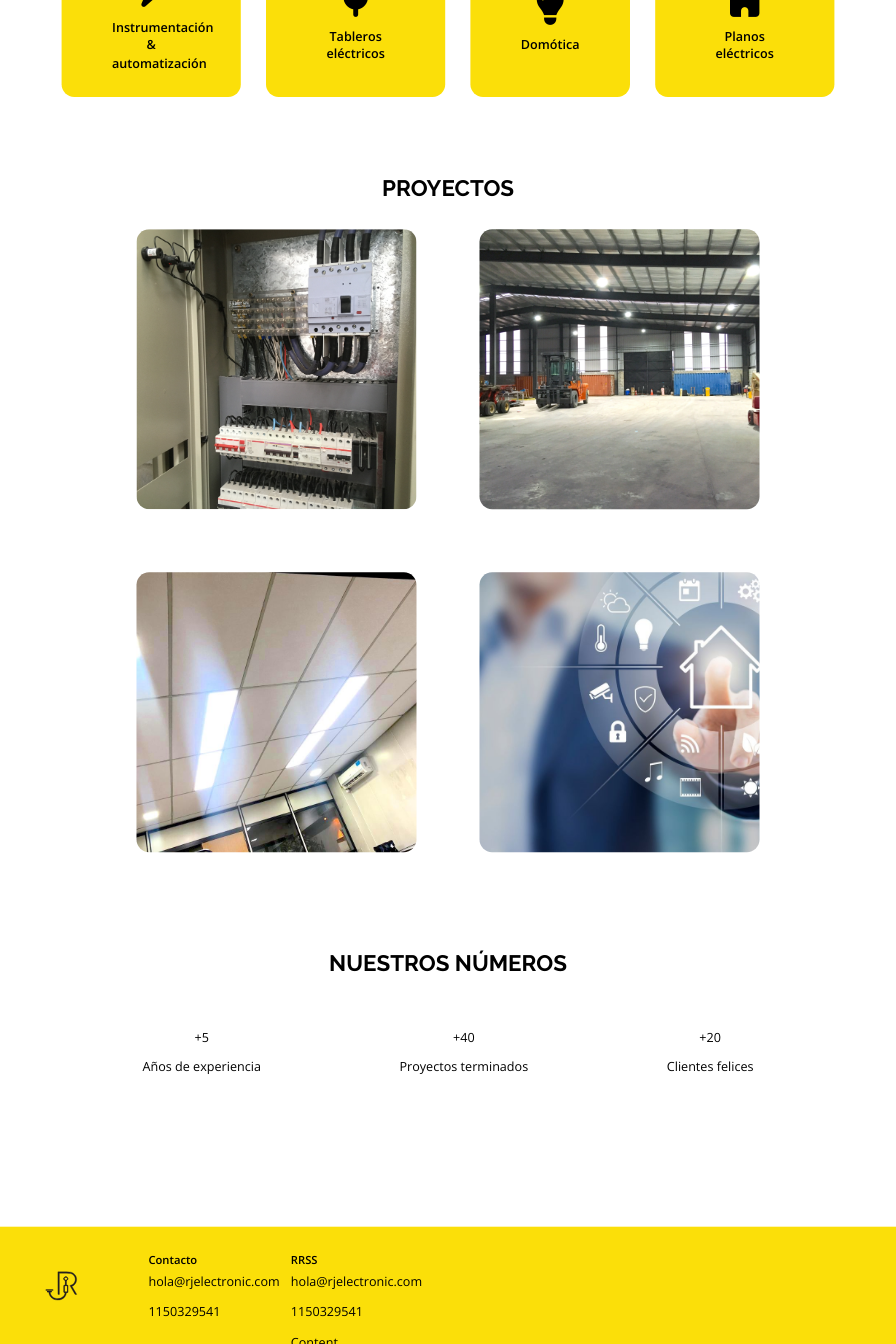
Repository: jeraldinnemg/rjelectronics
Page: index.html
An editor plug-in stored every save of this project. The page is shown before and after the next save, followed by the edit.
The browser window is 1280 px wide. The pictures show the part of the page from y = 898 to 2818 px (the page is 2883 px tall before and 1776 px after), at 70% of full size.
Some web libraries are served in a nearby version.

Above is the page before, as saved 2022-07-27 21:37:01.

### index.html
<!DOCTYPE html>
<html lang="en">
<head>
    <meta charset="UTF-8">
    <meta http-equiv="X-UA-Compatible" content="IE=edge">
    <meta name="viewport" content="width=device-width, initial-scale=1.0">
    <link rel="shortcut icon" href="favicon.ico" type="image/x-icon">
    <!-- Google fonts -->
    <link rel="preconnect" href="https://fonts.googleapis.com">
    <link rel="preconnect" href="https://fonts.gstatic.com" crossorigin>
<link href="https://fonts.googleapis.com/css2?family=Open+Sans:wght@300;400;500;600&family=Raleway:wght@300;400;500;600;700;800&display=swap" rel="stylesheet">
<link rel="stylesheet" href="https://cdnjs.cloudflare.com/ajax/libs/font-awesome/6.1.1/css/all.min.css" integrity="sha512-KfkfwYDsLkIlwQp6LFnl8zNdLGxu9YAA1QvwINks4PhcElQSvqcyVLLD9aMhXd13uQjoXtEKNosOWaZqXgel0g==" crossorigin="anonymous" referrerpolicy="no-referrer" />
    <!-- Custom system -->
    <link rel="stylesheet" href="index.css">
    <script src="https://kit.fontawesome.com/05b8218d7f.js" crossorigin="anonymous"></script>


    <script src="navigation.js" defer></script>
    <script src="tabs.js" defer></script>

    <title>RJ Electronics</title>
</head>
<body>
    <header class="primary-header flex">
            <a href="#">
                <img class="logo" width="50px" height="50px"src="/img/logo.svg" alt="">
            </a>
            <button class="mobile-nav-toggle" aria-controls="primary-navigation"><span class="sr-only" aria-expanded="false">Menu</span></button>
            <nav >
                <ul class="primary-navigation flex" data-visible="false">
                    <li><a href="#" class="uppercase text-dark ff-serif">Acerca de</a></li>
                    <li><a href="#" class="uppercase text-dark ff-serif">Servicios</a></li>
                    <li><a href="#" class="uppercase text-dark ff-serif">Proyectos</a></li>
                    <li><a href="#" class="uppercase text-dark ff-serif">Contacto</a></li>
                </ul>
            </nav>
    </header>

    <main class="grid-container grid-container--home">
        <section class="hero">
            <div class="container flex">
                <!-- CTA-1 -->
                <article class="a-self" id="lampara-tab" role="tabpanel" tabindex="0">
                    <h1 class="ff-serif fs-700">Ofrecemos Soluciones Electrónicas Integrales para tu hogar</h1>
                    <p class="ff-sans fs-400">Diseñamos y construimos una solución para cualquier necesidad, falla o problema electrónico industrial, comercial o residencial.</p>
                    <a href="#" class="button"><span>Me interesa</span></a>
                </article>
                <!-- CTA-2 -->
                <article hidden class="a-self" id="destornillador-tab" role="tabpanel" tabindex="0">
                    <h2 class="ff-serif fs-700">Creamos espacios luminosos a tu medida</h2>
                    <p class="ff-sans fs-400">Nos encargamos de calcular los lumens necesarios para que obtengas un espacio con luz de calidad.</p>
                    <a href="#" class="button"><span>Ver más</span></a>
                </article>
                <!-- CTA-3 -->
                <article hidden class="a-self" id="interruptor-tab" role="tabpanel" tabindex="0">
                    <h2 class="ff-serif fs-700">Creamos ambientes inteligentes</h2>
                    <p class="ff-sans fs-400">Nos encargamos de automatizar espacios y lugares de manera fácil y rápida.</p>
                    <a href="#" class="button"><span>Me interesa</span></a>
                </article>
                <picture class= "hero__image" id="lampara-image">
                    <img src="/img/lampara.png" alt="lampara" >
                </picture>
                <picture class= "hero__image" hidden id="destornillador-image">
                    <img src="/img/destornillador.png" alt="destornillador">
                </picture>
                <picture class= "hero__image" hidden id="interruptor-image">
                    <img src="/img/interruptor.png" alt="interruptor">
                </picture>
            </div>
            <!-- Dots -->
            <div class="dot-indicators flex" role="tablist" aria-label="services list">
                <button aria-selected="true" aria-controls="lampara-tab" data-image="lampara-image" role="tab" tabindex="0"><span class="sr-only">Lampara</span></button>
                <button aria-selected="false" aria-controls="destornillador-tab" data-image="destornillador-image" role="tab" tabindex="-1"><span class="sr-only">destornillador</span></button>
                <button aria-selected="false" aria-controls="interruptor-tab" data-image="interruptor-image" role="tab" tabindex="-1"><span class="sr-only">Interruptor</span></button>
            </div>
        </section>

        <section class="services">
            <h2 class="ff-serif fs-600 uppercase">Servicios</h2>
            <div class="container">
                <article class="card flex">
                    <i class="fa-solid fa-bolt fs-700"></i>
                    <div class="card-body">
                        <h2 class="card-title fs-400">Instrumentación & automatización</h2>

                    </div>
                </article>
                <article class="card flex">
                    <i class="fa-solid fa-plug fs-700 "></i>
                    <div class="card-body">
                        <h2 class="card-title fs-400">Tableros eléctricos</h2>

                    </div>
                </article>
                <article class="card flex">
                    <i class="fa-solid fa-lightbulb fs-700"></i>
                    <div class="card-body">
                        <h2 class="card-title fs-400">Domótica</h2>

                    </div>
                </article>
                <article class="card flex">
                    <i class="fa-solid fa-building  fs-700"></i>
                    <div class="card-body">
                        <h2 class="card-title fs-400">Planos eléctricos</h2>

                    </div>
                </article>
        </div>
        </section>
        <section class="projects">
            <h2 class="ff-serif fs-600 uppercase">Proyectos</h2>
            <div class="projects-container grid-container">
                <article class="project" style="background-image: url('/img/servicio-electricidad.JPG')">
                    <div class="project-overlay">
                    <h2 class="overlay-text fs-600 uppercase" >Tablero eléctrico</h2>
                    </div>
                </article>
                <article class="project" style="background-image: url('/img/trabajos-iluminacion-galpon.JPG')">
                    <div class="project-overlay">
                        <h2 class="overlay-text fs-500 uppercase">Iluminación industrial</h2>
                    </div>
                </article>
                <article class="project" style="background-image: url('/img/iluminacion-oficinas.jpeg') ">
                    <div class="project-overlay">
                        <h2 class="overlay-text fs-500 uppercase">Iluminación de oficina</h2>
                    </div>
                </article>
                <article class="project" style="background-image: url('/img/servicios-domotica.jpg') ">
                    <div class="project-overlay">
                        <h2 class="overlay-text fs-500 uppercase">Domótica en casa</h2>
                    </div>
                </article>
        </div>
        </section>
        <section class="statics">
            <h2 class="ff-serif fs-600 uppercase">Nuestros números</h2>
            <div class="container" >
            <div class="static flex">
                <span>+5</span>
                <p>Años de experiencia</p>
            </div>
            <div class="static flex">
                <span>+40</span>
                <p>Proyectos terminados</p>
            </div>
            <div class="static flex">
                <span>+20</span>
                <p>Clientes felices</p>
            </div>
        </div>
        </section>

    </main>


    <footer class="flex">
        <a href="#">
            <img class="logo" width="50px" height="50px"src="/img/logo.svg" alt="">
        </a>
        <div class="col">
            <h3>Contacto</h3>
                <p>hola@rjelectronic.com</p>
                <p>1150329541</p>
        </div>
        <div class="col">
            <h3>RRSS</h3>
                <p>hola@rjelectronic.com</p>
                <p>1150329541</p>
                <p>Content</p>
        </div>
    </footer>

</body>
</html>

### index.css
/* ----------------------- */
/* --Custom properties---- */
/* ----------------------- */

:root {
   /*colors*/
   --clr-dark: 0 0% 0%;
   --clr-main: 53 97% 51%;
   --clr-secondary: 25 100% 52%;
   --clr-white: 0 0% 100%;

/*font-sizes*/
--fs-1000: 9.375rem; /*150x*/
--fs-900: 6.25rem; /*100px*/
--fs-800: 4.5rem; /*72px*/
--fs-700: 3.5rem; /*56px*/
--fs-600: 2rem; /*32px*/
--fs-500: 1.75rem; /*28px*/
--fs-400: 1.125rem; /*18px*/
--fs-300: 1rem; /*16px*/
--fs-200: 0.875rem; /*14px*/

/*font-family*/
--ff-serif: "Raleway", serif;
--ff-sans: "Open sans", sans-serif;


}

.uppercase {
    text-transform: uppercase;
}

/* -------------- */
/* -----RESET---- */
/* -------------- */

*,
*::before,
*::after {
    box-sizing: border-box;
}

/* Reset margins */
h1,
h2,
h3,
h4,
h5,
body,
p,
picture,
figure {
    margin:0;
}

/* Set up the body  */

body {
    font-family: var(--ff-sans);
    font-size: var(--fs-400);
    color:hsl(var(--clr-dark));
    line-height: 1.4;
    min-height: 100vh;

    display: grid;
    grid-template-rows: min-content 1fr;

    overflow-x:hidden;
}

/* Make images easier to work */
img,
picture {
    max-width: 100%;
}

/* Make form elements easier to work*/
input,
select,
button,
textarea {
    font: inherit;
}

/* Remove all animations, transitions and smooth scroll for people that prefer not to see them (Accesibility Recourse piccali.li*/
@media (prefers-reduced-motion: reduce) {
    html:focus-within {
     scroll-behavior: auto;
    }

    *,
    *::before,
    *::after {
      animation-duration: 0.01ms !important;
      animation-iteration-count: 1 !important;
      transition-duration: 0.01ms !important;
      scroll-behavior: auto !important;
    }
  }

/* ------------------ */
/* -UTILITY CLASES-- */
/* ----------------- */

.flex {
    display: flex;
    gap: var(--gap, 1rem);
}

.grid {
    display: grid;
    gap: var(--gap, 1rem);
}

.a-self{
    align-self: center;
}

.container {
    padding-inline: 1em;
    margin-inline: auto;
    max-width: 80rem;

    display: flex;
    flex-direction: column;
}

.dot-indicators{
    justify-content: center;
}

.hero{
    margin-top: 2em;
}


.sr-only {
    position: absolute;
    width: 1px;
    height: 1px;
    padding: 0;
    margin: -1px;
    overflow: hidden;
    clip: rect (0,0,0,0);
    white-space: nowrap; /*added line*/
    border: 0;
}

/*Colors */

.bg-dark { background-color: hsl(var(--clr-dark));}
.bg-yellow {background-color: hsl(var(--clr-yellow));}
.bg-white { background-color: hsl(var(--clr-white));}

.text-dark { color: hsl(var(--clr-dark));}
.text-dark { color: hsl(var(--clr-dark));}
.text-dark { color: hsl(var(--clr-dark));}

/*Typography */

.ff-serif {font-family: var(--ff-serif);}
.ff-sans {font-family: var(--ff-sans);}

.letter-spacing-1  {letter-spacing: 4.75px;}
.letter-spacing-2  {letter-spacing: 2.7px;}
.letter-spacing-1  {letter-spacing: 2.35px;}

.fs-900 {font-size: var(--fs-900);}
.fs-800 {font-size: var(--fs-800);}
.fs-700 {font-size: var(--fs-700);}
.fs-600 {font-size: var(--fs-600);}
.fs-500 {font-size: var(--fs-500);}
.fs-400 {font-size: var(--fs-400);}
.fs-300 {font-size: var(--fs-300);}
.fs-200 {font-size: var(--fs-200);}

.fw-400 {font-weight: 400;}
.fw-500 {font-weight: 500;}

/* General */

.flex {
    display: flex;
    gap: var(--gap, 1rem);
}

.flex.even-columns > * {
    width: 100%;
}

.grid {
    display: grid;
    gap: var(--gap, 1rem);
}

.d-block {
    display: block;
}

/* ----------------- */
/* ---COMPONENT----- */
/* ----------------- */

/* Primary header */

.logo{
    margin: 1.5rem clamp(1.5rem, 5vw, 4rem);
}

.primary-header{
    align-items:center;
    justify-content: space-between;
    background-color: hsl(var(--clr-main));
}

.primary-navigation{
    --gap: clamp(1.5rem, 5vw, 3.5rem);
    list-style: none;
    text-decoration: none;
    padding: 0;
    margin:0;
}

.primary-navigation a, footer a{
    text-decoration: none;
    margin-right: 1em;
}

.mobile-nav-toggle{
    display: none;
}

@media(max-width:35em){
    .primary-navigation{
        --underline-gap: 0.5rem;
        position: fixed;
        inset: 0 0 0 20%;
        z-index:1000;
        padding: min(20rem, 15vh);
        margin:0;
        z-index:1000;
        list-style: none;
        flex-direction: column;
        background-color: hsl(var(--clr-main));
        transform: translateX(100%);
        transition: transform ease-in-out;

    }

    .primary-navigation[data-visible='true']{
        transform: translateX(0);
    }

    .mobile-nav-toggle {
        display: block;
        position: absolute;
        z-index:2000;
        right: 2rem;
        top: 2rem;
        background: transparent;
        background-image: url(/img/icon-hamburger.svg);
        background-repeat:no-repeat;
        background-position: center;
        width: 1.5rem;
        aspect-ratio:1;
        border: 0;
        cursor: pointer;
    }

    .mobile-nav-toggle[aria-expanded='true']{
        background-image: url(/img/icon-close.svg);
    }

    .mobile-nav-toggle:focus-visible{
        outline:5px solid white;
        outline-offset: 5px;
    }
}

@media (min-width: 35em){
    .primary-navigation{
        padding-inline: clamp(3rem, 7vw, 7rem);
    }
}

@media(min-width: 45em){
    .primary-navigation{
        margin-block:2rem;
    }
}


/* ---------- */
/* Button     */
/* --------- */

 .button {
    display: inline-flex;
	background: hsl(var(--clr-dark));
    padding: 1em 2em;
    border-radius: 2em;
    color: hsl(var(--clr-white));
	position: relative;
    text-decoration: none;
    transition: 0.3s ease all;
	position:relative;
	overflow:hidden;
    margin-top: 1.5em;
}

.button span {
	position:relative;
	z-index:2;
	transition: 0.3s ease all;
}

.button::after {
	content: "";
	width: 100%;
	height:100%;
	background: hsl(var(--clr-secondary));
	position: absolute;
	z-index: 1;
	top: -80px;
	left: 0;
	transition: 0.3s ease-in-out all;
}

.button:hover::after{
	top:0;
	}
/* ---------- */
/* Dots     */
/* --------- */

.dot-indicators > * {
        cursor: pointer;
        border: 0;
        border-radius: 50%;
        padding: .5em;
        background-color: hsl(var(--clr-dark)/ .25) ;
 }

.dot-indicators > *:hover,
.dot-indicators > *:focus {
        background-color: hsl(var(--clr-secondary)/ .5);
    }

.dot-indicators > [aria-selected="true"] {
        background-color: hsl( var(--clr-secondary) / 1);
    }

/* ---------- */
/* Card     */
/* --------- */
.card{
    background-color: hsl( var(--clr-main));
    padding: 2em 4em;
    margin: 2em 0em;
    border-radius: 1em;
    flex-direction: column;
}

i:hover{
    color: hsl( var(--clr-secondary));
}

.services, .projects, .statics{
    text-align: center;
    margin-top: 4em;
}

/* -------------------------*/
/* -------projects ----------- */
/* -------------------------*/

.projects-container{
    grid-template-columns: repeat(1, 1fr);
    margin-top: 2em;
    gap:2rem;
}

.projects-container >article{
    position: relative;

    min-width: 400px;
    min-height: 400px;
    background-size: cover;
    background-repeat: no-repeat;
    background-position: center center;
    border-radius: 1em;
}

.projects .project .project-overlay{
    width: 0%;
	height: 100%;
	position: absolute;
	bottom: 0;
	left: 0;
	right: 0;
	background: hsl( var(--clr-main));
	overflow: hidden;
    border-radius: 1em;
	transition: .5s ease;
}

.projects .project:hover .project-overlay {
    width: 100%;
    opacity: 0.8;
}

.overlay-text {
	top: 50%;
	left: 50%;

	position: absolute;
	white-space: nowrap;
	color: hsl(var(--clr-dark));
	transform: translate(-50%, -50%);
	overflow: hidden;
	border-top: 1px solid #fff;
	border-bottom: 1px solid #fff;
}

/* -------------------------*/
/* -------STATICS --------- */
/* -------------------------*/
.statics .container{
    gap:3em;
    justify-content: space-between;
}

.static{
    padding: 2em 4em;
    margin: 2em 0em;
    flex-direction: column;
}

/* -------------------------*/
/* -------FOOTER ---------- */
/* -------------------------*/
footer{
    background-color: hsl( var(--clr-main));
    color: hsl( var(--clr-dark));
    padding: 2em 0em;
}

footer p{
    font-family: var(--ff-sans-normal);
    font-size: var(--fs-100);
    margin-bottom: 1em;

}

footer h3{
    font-size: var(--fs-300);
    color: var(--clr-secundary);
    margin-bottom: 0.5em;
}

footer div:first-child{
    align-items: flex-start;
}

/* -------------------------*/
/* -------Layout----------- */
/* -------------------------*/

.grid-container {
    display: grid;
    text-align: center;
    place-items:center;
    padding-inline: 1rem;
    padding-bottom: 4rem;
}

.grid-container  p:not([class]) {
    max-width: 50ch;
}

@media (min-width: 45em){
    .grid-container {
        text-align: left;
        column-gap: var(--container-gap, 2rem);
        grid-template-columns: minmax(1rem, 1fr)
        repeat (2, minmax((0, 30rem)) minmax(1rem, 1fr));
    }
    .grid-container--home {
        padding-bottom: max(6rem, 20vh);
        align-items: left;
    }
    .container {
        flex-direction: row;
        gap: 2em;
    }

    .hero__image{
        max-width: 40%;
    }

    .card{
        max-width: 20vw;
        flex-direction: column;
        justify-content: center;
    }

    .projects-container{
        grid-template-columns: repeat(2, 1fr);
        gap: 5em;
    }













}

### navigation.js
// javascript

const nav = document.querySelector(".primary-navigation");
const navToggle = document.querySelector('.mobile-nav-toggle');


// when someone clicks the hamburguer button

navToggle.addEventListener('click', () => {

// if the nav is closed, open it

    const visibility = nav.getAttribute("data-visible");

    if (visibility === 'false') {
        nav.setAttribute('data-visible', true);
        navToggle.setAttribute('aria-expanded', true);
    } else {
        nav.setAttribute('data-visible', false);
        navToggle.setAttribute('aria-expanded', false);

    }
});

Loaded but not shown: tabs.js (81 lines, source omitted)

After the next save:
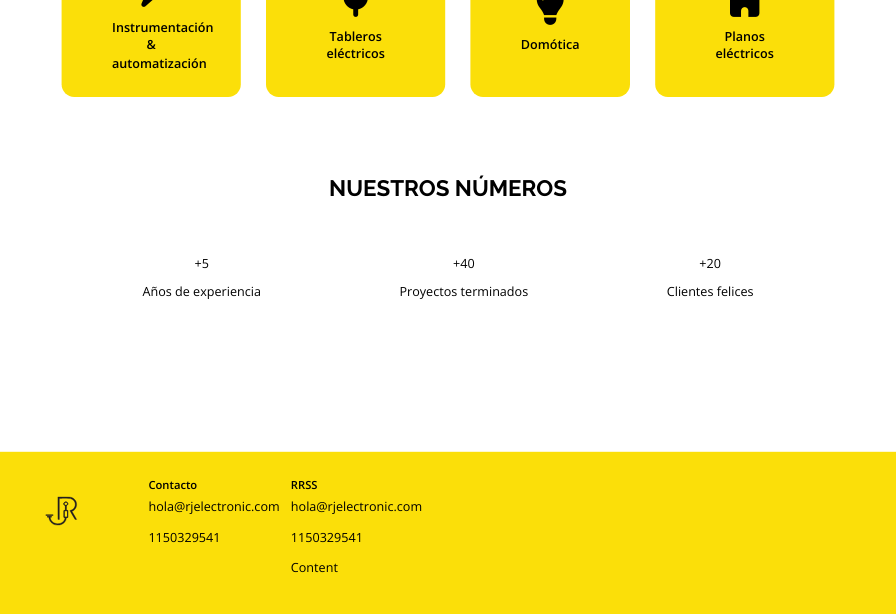
Saved 27 s later.
--- a/index.html
+++ b/index.html
@@ -108,7 +108,7 @@
                 </article>
         </div>
         </section>
-        <section class="projects">
+        <!-- <section class="projects">
             <h2 class="ff-serif fs-600 uppercase">Proyectos</h2>
             <div class="projects-container grid-container">
                 <article class="project" style="background-image: url('/img/servicio-electricidad.JPG')">
@@ -131,7 +131,7 @@
                         <h2 class="overlay-text fs-500 uppercase">Domótica en casa</h2>
                     </div>
                 </article>
-        </div>
+        </div> -->
         </section>
         <section class="statics">
             <h2 class="ff-serif fs-600 uppercase">Nuestros números</h2>

After the save that followed:
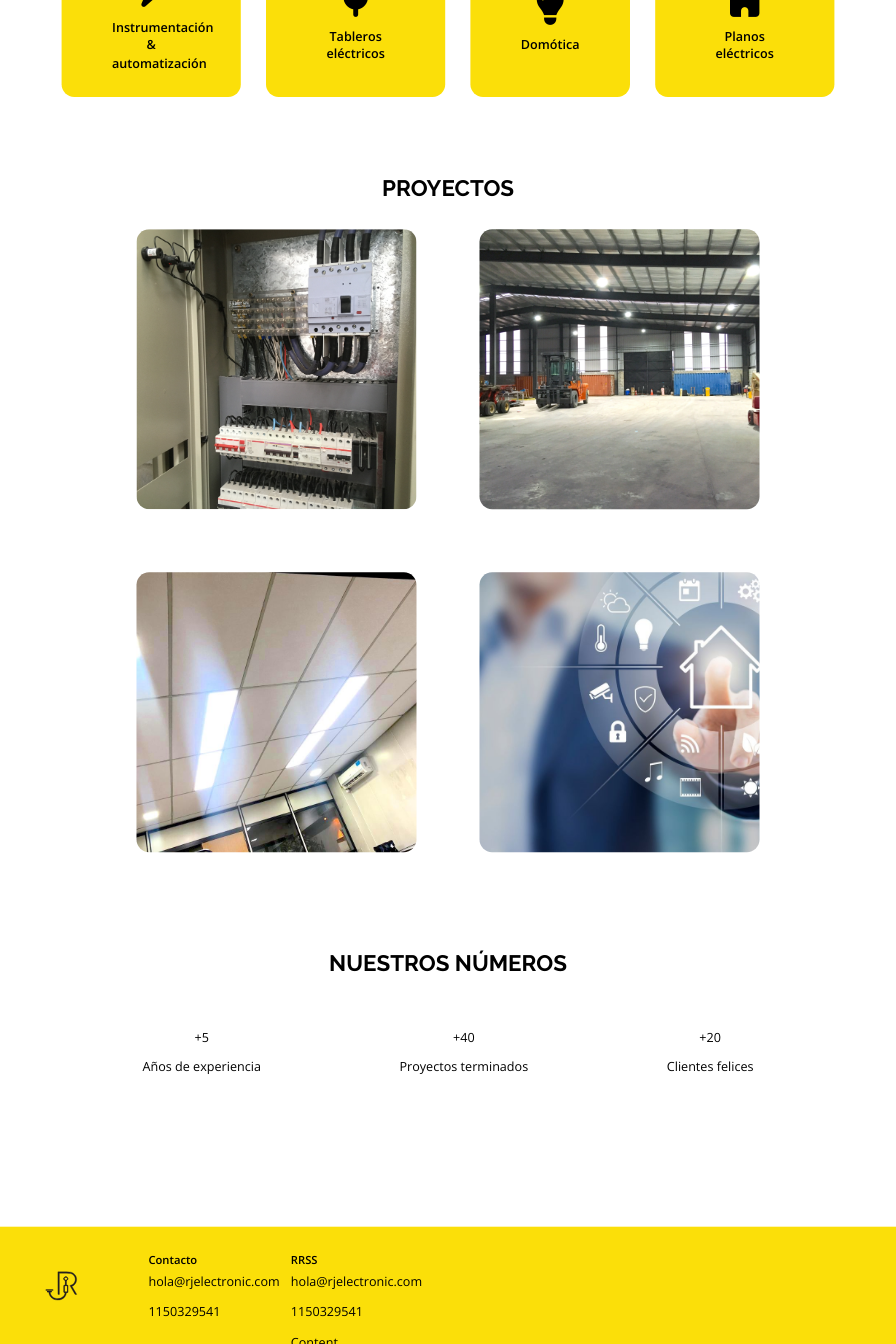
Saved 14 s later.
--- a/index.html
+++ b/index.html
@@ -108,7 +108,7 @@
                 </article>
         </div>
         </section>
-        <!-- <section class="projects">
+        <section class="projects">
             <h2 class="ff-serif fs-600 uppercase">Proyectos</h2>
             <div class="projects-container grid-container">
                 <article class="project" style="background-image: url('/img/servicio-electricidad.JPG')">
@@ -131,7 +131,7 @@
                         <h2 class="overlay-text fs-500 uppercase">Domótica en casa</h2>
                     </div>
                 </article>
-        </div> -->
+        </div>
         </section>
         <section class="statics">
             <h2 class="ff-serif fs-600 uppercase">Nuestros números</h2>
